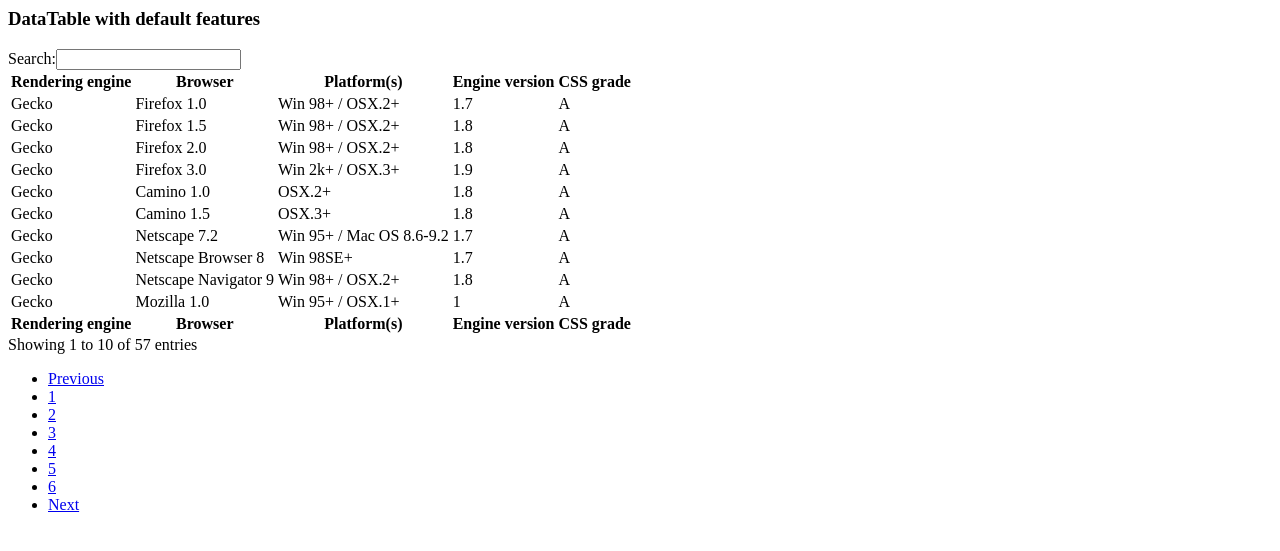
Repository: gw9955/eGov
Page: http://localhost/egovProj/WEB-INF/views/book/list.jsp
These files come from the project's save history. The page is drawn as it stood at one moment and after a run of saves; the edit follows.
The browser window is 1280 px wide. The pictures show the whole page.
The page is served by Tomcat 9. Nobody is signed in. The template is opened directly, without the code that normally fills it, so the values that code supplies are empty.

Above is the page before, as saved 2022-11-11 07:39:15.

After the next 2 saves:
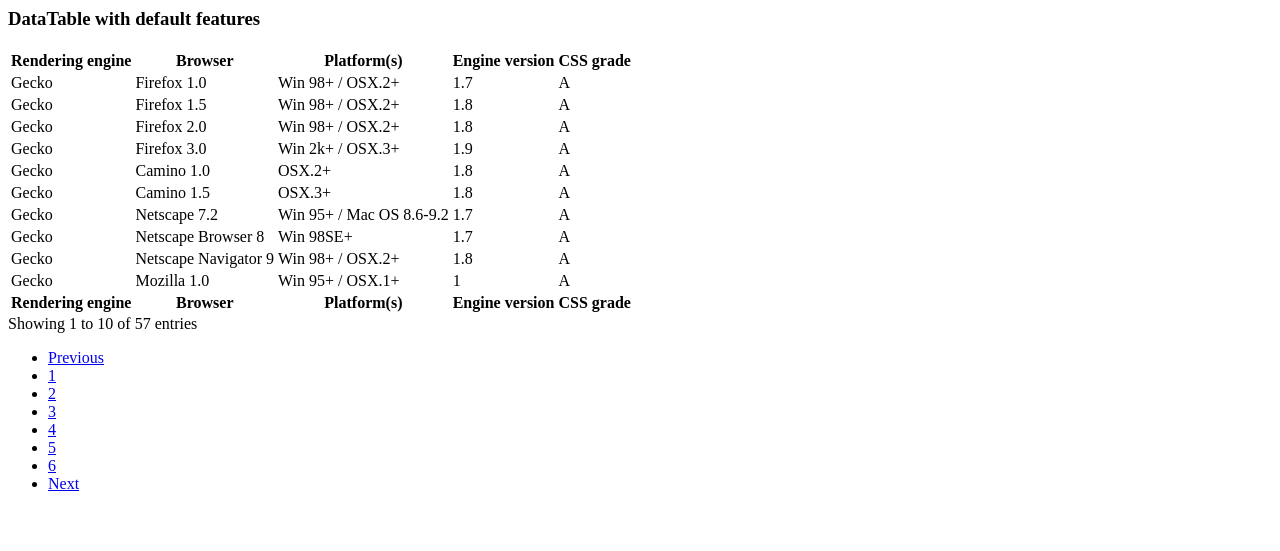
The 2 saves are shown as one change because they came seconds apart.
The last was saved 9 s later.
--- a/egovProj/src/main/webapp/WEB-INF/views/book/list.jsp
+++ b/egovProj/src/main/webapp/WEB-INF/views/book/list.jsp
@@ -6,15 +6,6 @@
 	</div>
 	<div class="card-body">
 		<div id="example1_wrapper" class="dataTables_wrapper dt-bootstrap4">
-			<div class="row">
-				<div class="col-sm-12 col-md-6">
-					<div id="example1_filter" class="dataTables_filter">
-						<label>Search:<input type="search"
-							class="form-control form-control-sm" placeholder=""
-							aria-controls="example1"></label>
-					</div>
-				</div>
-			</div>
 			<div class="row">
 				<div class="col-sm-12">
 					<table id="example1"
